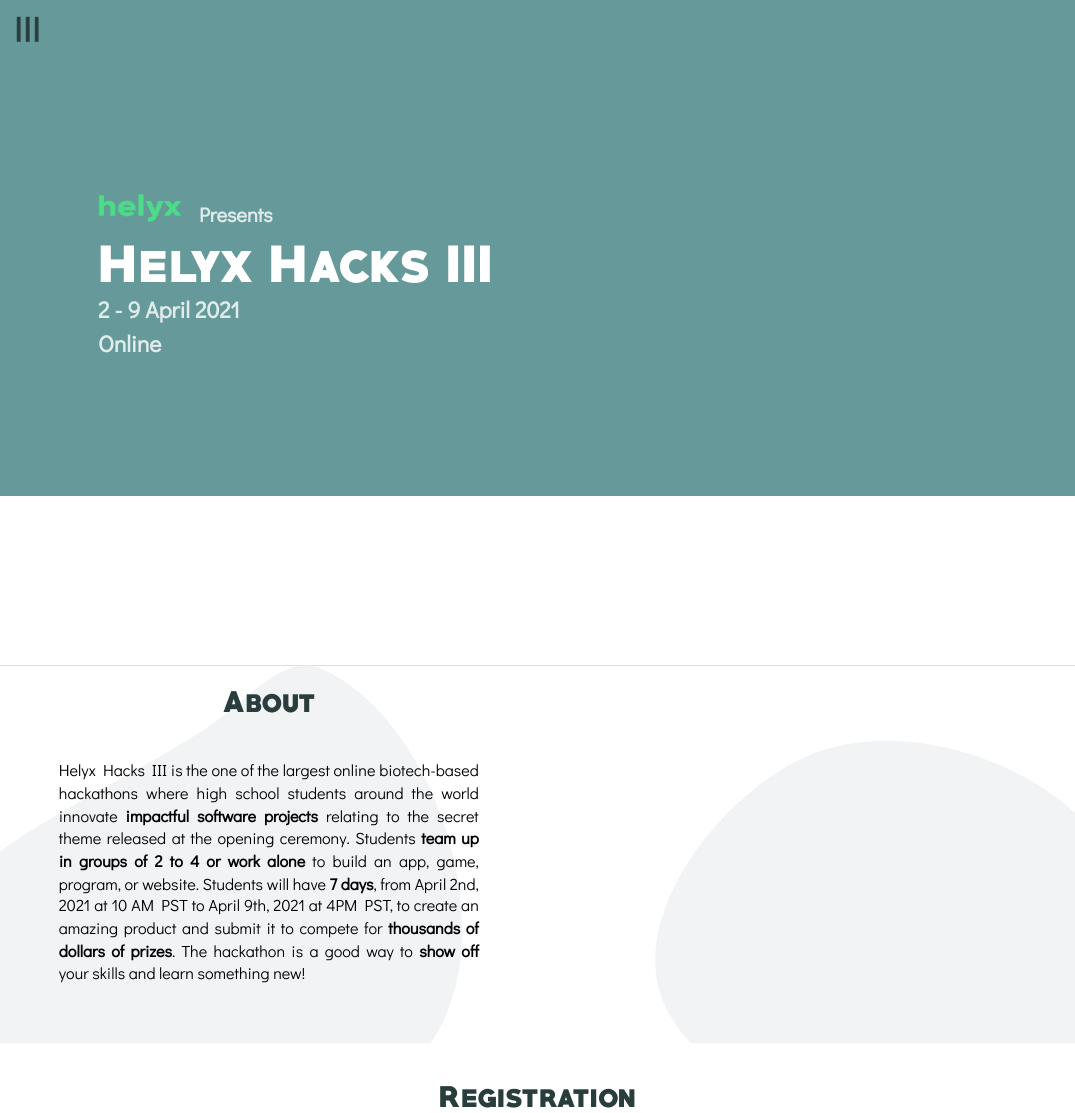
Repository: yashg4509/helyxhacksIII
Page: index.html
The author's editor kept a copy of each file at every save. The page is drawn from the files as they stood at one save, then again after the next save.
The browser window is 1280 px wide. The pictures show the part of the page from y = 0 to 1325 px (the page is 8816 px tall before and 10035 px after), at 84% of full size.
A picture or video elsewhere on the page could not be fetched, so the positions and the page height are approximate.

Above is the page before, as saved 2021-02-17 22:53:31.

After the next save:
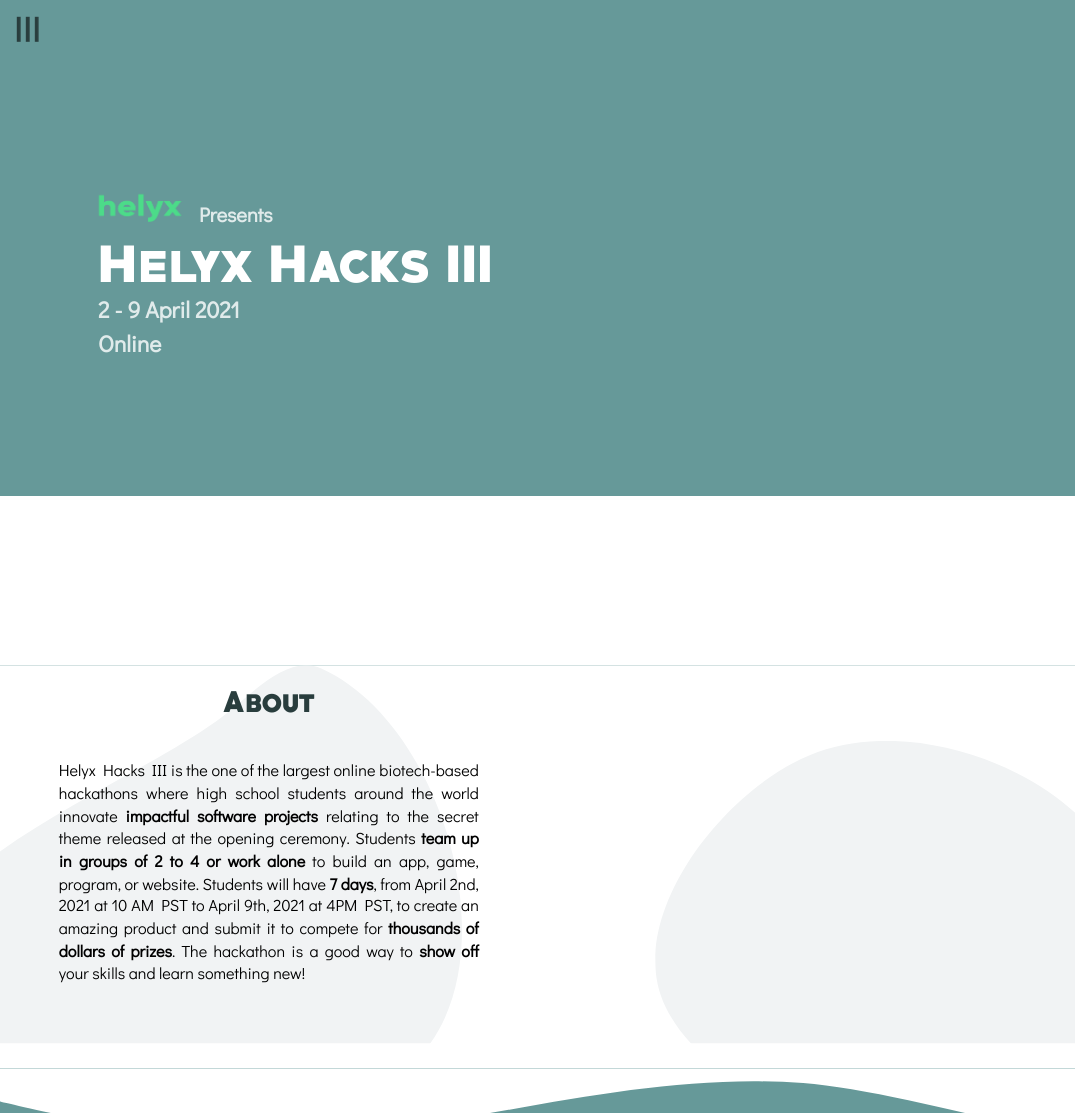
Saved 60 s later.
--- a/index.html
+++ b/index.html
@@ -112,6 +112,92 @@
 			</div>
 		</div>
 
+		<div class="frame frame7">
+			<img src="./images/back-4.svg" class="img-back">
+			<img src="./images/back-5.svg" class="img-back-bottom">
+			<div class="frame7-content">
+				<div class="name">
+					Rules
+				</div>
+				<div class="faq">
+					<div class="question">
+						1. Be nice to everyone
+					</div>
+					<div class="answer">
+						Hack on hills is offline event and as a participant you need to be present at NIT Hamirpur
+						campus one or two day before the event at least.
+					</div>
+
+				</div>
+				<div class="faq">
+					<div class="question">
+						Do this hackathon has any participation fees for students?
+					</div>
+					<div class="answer">
+						No. The hackathon is free of cost for any student from any college all over India.
+					</div>
+				</div>
+				<div class="faq">
+					<div class="question">
+						What are all the restrictions on Team formations for the event?
+					</div>
+					<div class="answer">
+						A team can have at most 4 members and minimum of 2 members.
+					</div>
+				</div>
+				<div class="faq">
+					<div class="question">
+						What should I do if I do not have any team yet?
+					</div>
+					<div class="answer">
+						Just fill out the application form and according to skills you have filled out, we will match
+						you with the best team possible during Pre-Hackathon meeting.
+					</div>
+				</div>
+				<div class="faq">
+					<div class="question">
+						What are the Perks and Benefits of Participating in this Hackathon?
+					</div>
+					<div class="answer">
+						Hackathon Provide hands on experience with the experts from different field working on the
+						Projects like Blockchain, AI, Machine Learning, etc. This will help to give a head start if any
+						one want to make project on the field. Along with that the participant will be provided with
+						cool swags, stickers and refreshments to keep them up.
+					</div>
+				</div>
+				<div class="faq">
+					<div class="question">
+						What are the Accommodation Facility for the Participant from Outside the College?
+					</div>
+					<div class="answer">
+						Participant will be provided with Accommodation and Food in the Guest House of the College
+						during the Hackathon Period.
+					</div>
+				</div>
+				<div class="faq">
+					<div class="question">
+						How to reach NIT Hamirpur for the event?
+					</div>
+					<div class="answer">
+						The nearest airport is Dharamshala (Gaggal, district Kangra). You can easily find flights from
+						Delhi airport to Gaggal airport. From Gaggal bus stand, you have to take bus or private taxi to
+						Hamirpur. Otherwise, direct buses to Hamirpur is also available from Delhi ISBT, from Chandigarh
+						and from other places.
+					</div>
+				</div>
+				<div class="faq">
+					<div class="question">
+						I have a question related to hackathon which is not listed above. What should I do?
+					</div>
+					<div class="answer">
+						Feel free to reach us out. Just drop us a mail at <a
+							href="mailto:hackonhills@gmail.com">hackonhills@gmail.com</a><br>
+						You can also contact one of our organizers: Nitin (+91-8619295061), Aditya (+91-7976223877),
+						Jatin (+91-7018352269)
+					</div>
+				</div>
+			</div>
+
 		<div class="frame frame6">
 			<img src="./images/back-6.svg" class="img-back-left">
 			<img src="./images/back-7.svg" class="img-back-right">
